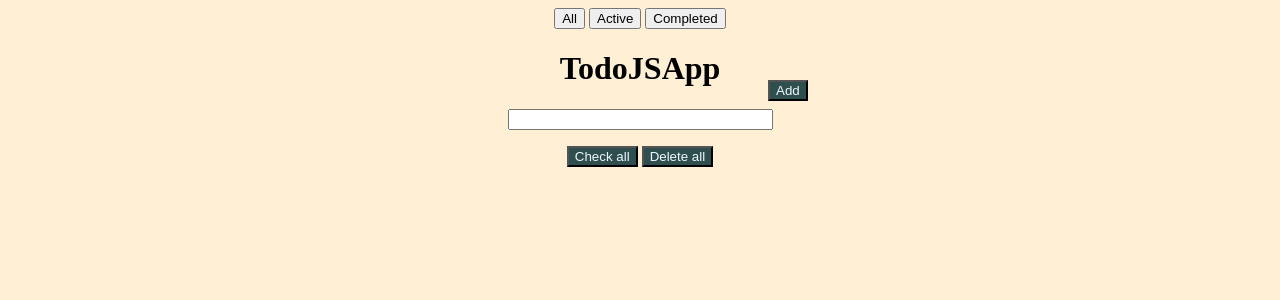
Repository: Follle/Todo
Page: index.html
These files come from the project's save history. The page is drawn as it stood at one moment and after a run of saves; the edit follows.
The browser window is 1280 px wide. The pictures show the whole page.

Above is the page before, as saved 2024-03-25 12:13:38.

After the next 2 saves:
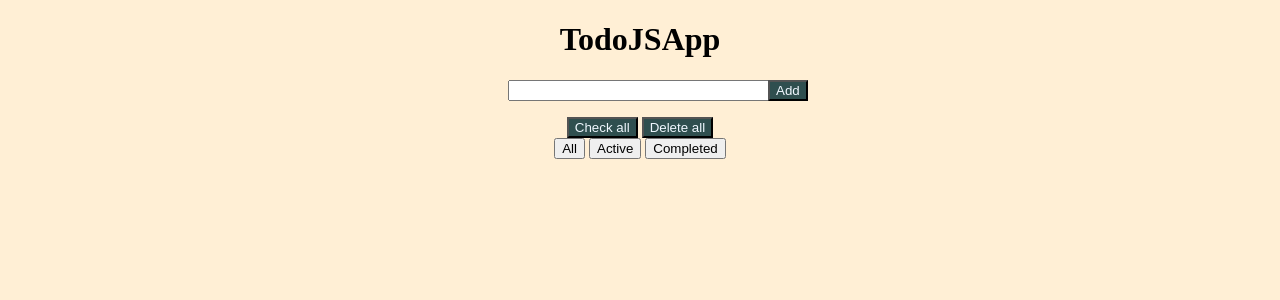
The 2 saves are shown as one change because they came seconds apart.
The last was saved 33 s later.
--- a/index.html
+++ b/index.html
@@ -13,9 +13,6 @@
   </style>
  </head>
  <body>
-  <button onclick="filtrationStatus = 'all'">All</button>
-  <button onclick="filtrationStatus = 'active'">Active</button>
-  <button onclick="filtrationStatus = 'completed'">Completed</button>
 
     <h1>TodoJSApp</h1>
     <p style="position: fixed; top:64px; left:60% "><button style = "background:#2F4F4F; color:aliceblue" class="add-btn">Add</button>
@@ -25,6 +22,9 @@
     <button style = "background:#2F4F4F; color:aliceblue" class="i-3">Delete all</button>
   </div>
   <div class="task-list-completed"></div>
+  <button onclick="filtrationStatus = 'all'">All</button>
+  <button onclick="filtrationStatus = 'active'">Active</button>
+  <button onclick="filtrationStatus = 'completed'">Completed</button>
 
 
  </body>
